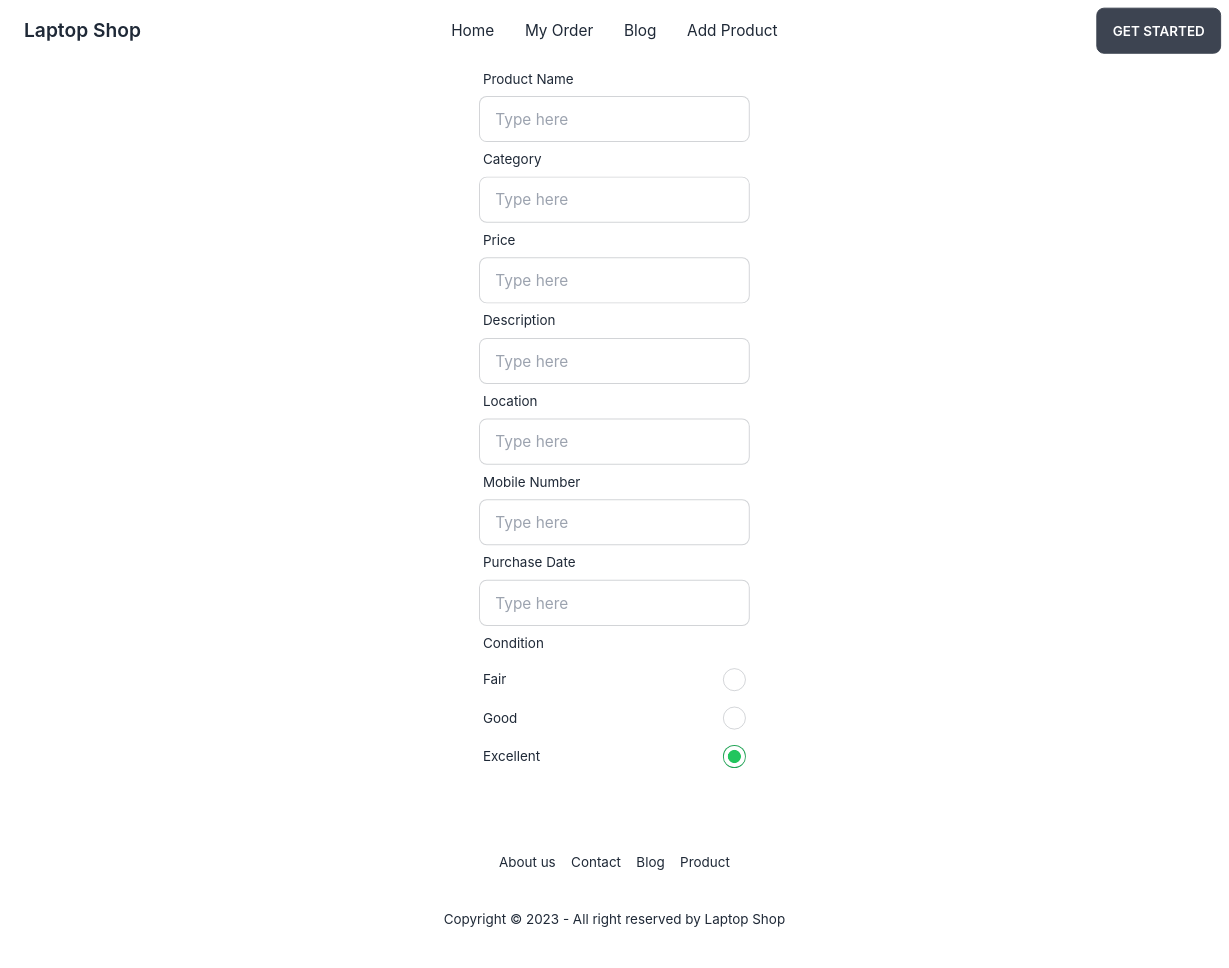
Repository: mdsajib50/E-commerce
Page: /add-product
The author's editor kept a copy of each file at every save. The page is drawn from the files as they stood at one save, then again after a run of saves.
The browser window is 1280 px wide. The pictures show the whole page, at 96% of full size.
The project was rebuilt for these pictures with package versions that can differ from the ones it lists, and the page was loaded fresh each time. Also part of the build but not shown: src/Pages/Home/Banner/Banner.js, src/Pages/Home/Product/ProductCard.js, src/Pages/Home/Product/Product.js, src/Pages/Home/Home/Home.js.

Above is the page before, as saved 2023-01-11 23:09:09.

### src/App.js
import logo from './logo.svg';
import './App.css';
import { RouterProvider } from 'react-router';
import router from './Routes/Router';

function App() {
  return (
    <div className="App">
        <RouterProvider router={router}></RouterProvider>
    </div>
  );
}

export default App;

### src/Routes/Router.js
import React from 'react';
import { createBrowserRouter } from 'react-router-dom';
import Main from '../Layout/Main/Main';
import AddProduct from '../Pages/AddProduct/AddProduct';
import Home from '../Pages/Home/Home/Home';

const router = createBrowserRouter([
    {
        path: '/',
        element: <Main></Main>,
        children:[
            {
                path:'/',
                element:<Home></Home>
            },
            {
                path:'/home',
                element:<Home></Home>
            },
            {
                path: '/add-product',
                element: <AddProduct></AddProduct>
            }
        ]
    }
])

export default router;

### src/Layout/Main/Main.js
import React from 'react';
import { Outlet } from 'react-router';
import Footer from '../../Pages/Shared/Footer/Footer';
import Header from '../../Pages/Shared/Header/Header';

const Main = () => {
    return (
        <div>
            <Header></Header>
            <Outlet></Outlet>
            <Footer></Footer>
        </div>
    );
};

export default Main;

### src/Pages/AddProduct/AddProduct.js
import React from 'react';

const AddProduct = () => {
    return (
        <div className=''>
           <div className='grid  mx-auto text-center justify-center'>
                <form>
                    <div>
                        <label className="label">
                            <span className="label-text">Product Name</span>
                        </label>
                        <input type="text" name='product_name' placeholder="Type here" className="input input-bordered" />
                    </div>
                    <div className="form-control">
                        <label className="label">
                            <span className="label-text">Category</span>
                        </label>
                        <input type="text" name='category' placeholder="Type here" className="input input-bordered" />
                    </div>
                    <div className="form-control">
                        <label className="label">
                            <span className="label-text">Price</span>
                        </label>
                        <input type="text" name='price' placeholder="Type here" className="input input-bordered" />
                    </div>
                    <div className="form-control">
                        <label className="label">
                            <span className="label-text">Description</span>
                        </label>
                        <input type="text" name='description' placeholder="Type here" className="input input-bordered" />
                    </div>
                    <div className="form-control">
                        <label className="label">
                            <span className="label-text">Location</span>
                        </label>
                        <input type="text" name='location' placeholder="Type here" className="input input-bordered" />
                    </div>
                    <div className="form-control">
                        <label className="label">
                            <span className="label-text">Mobile Number</span>
                        </label>
                        <input type="text" name='mobile' placeholder="Type here" className="input input-bordered" />
                    </div>
                    <div className="form-control">
                        <label className="label">
                            <span className="label-text">Purchase Date </span>
                        </label>
                        <input type="text" name='date' placeholder="Type here" className="input input-bordered" />
                    </div>
                    <div className="form-control rounded-xl">
                    <label className="label">
                            <span className="label-text">Condition </span>
                        </label>
                        <div className="form-control">
                            <label className="label cursor-pointer">
                                <span className="label-text">Fair</span>
                                <input type="radio" value='fair' name="condition" className="radio checked:bg-red-500" checked />
                            </label>
                            </div>
                            <div className="form-control">
                            <label className="label cursor-pointer">
                                <span className="label-text">Good</span>
                                <input type="radio" value='good' name="condition" className="radio checked:bg-blue-500" checked />
                            </label>
                        </div>
                            <div className="form-control">
                            <label className="label cursor-pointer">
                                <span className="label-text">Excellent</span>
                                <input type="radio" value='excellent' name="condition" className="radio checked:bg-green-500" checked />
                            </label>
                        </div>
                    </div>
                    </form>
           </div>
        </div>
    );
};

export default AddProduct;

### src/Pages/Shared/Footer/Footer.js
import React from 'react';

const Footer = () => {
    return (
        <footer className="footer footer-center p-10 text-base-content rounded mt-10">
            <div className="grid grid-flow-col gap-4">
                <a className="link link-hover">About us</a>
                <a className="link link-hover">Contact</a>
                <a className="link link-hover">Blog</a>
                <a className="link link-hover">Product</a>
            </div>
            <div>
                <p>Copyright © 2023 - All right reserved by Laptop Shop</p>
            </div>
</footer>
    );
};

export default Footer;

### src/Pages/Shared/Header/Header.js
import React from 'react';
import { Link } from 'react-router-dom';

const Header = () => {
    return (
        <div className="navbar bg-base-100">
        <div className="navbar-start">
            <div className="dropdown">
            <label tabIndex={0} className="btn btn-ghost lg:hidden">
                <svg xmlns="http://www.w3.org/2000/svg" className="h-5 w-5" fill="none" viewBox="0 0 24 24" stroke="currentColor"><path strokeLinecap="round" strokeLinejoin="round" strokeWidth="2" d="M4 6h16M4 12h8m-8 6h16" /></svg>
            </label>
            <ul tabIndex={0} className="menu menu-compact dropdown-content mt-3 p-2 shadow bg-base-100 rounded-box w-52">
                <li><Link to='/home'>Home</Link></li>
                <li><Link to='/myorder'>My Order</Link></li>
                <li><Link to='/blog'>Blog</Link></li>
                <li><Link to='/add-product'>Add A Product</Link></li>
            </ul>
            </div>
            <a className="btn btn-ghost normal-case text-xl">Laptop Shop</a>
        </div>
        <div className="navbar-center hidden lg:flex">
            <ul className="menu menu-horizontal px-1">
                <li><Link to='/home'>Home</Link></li>
                <li><Link to='/myorder'>My Order</Link></li>
                <li><Link to='/blog'>Blog</Link></li>
                <li><Link to='/add-product'>Add Product</Link></li>
            </ul>
        </div>
        <div className="navbar-end">
            <a className="btn">Get started</a>
        </div>
</div>
    );
};

export default Header;

Loaded but not shown: src/index.js (common file); src/index.css (common file); src/reportWebVitals.js (common file); src/App.css (common file); tailwind.config.js (common file)

After the next 2 saves:
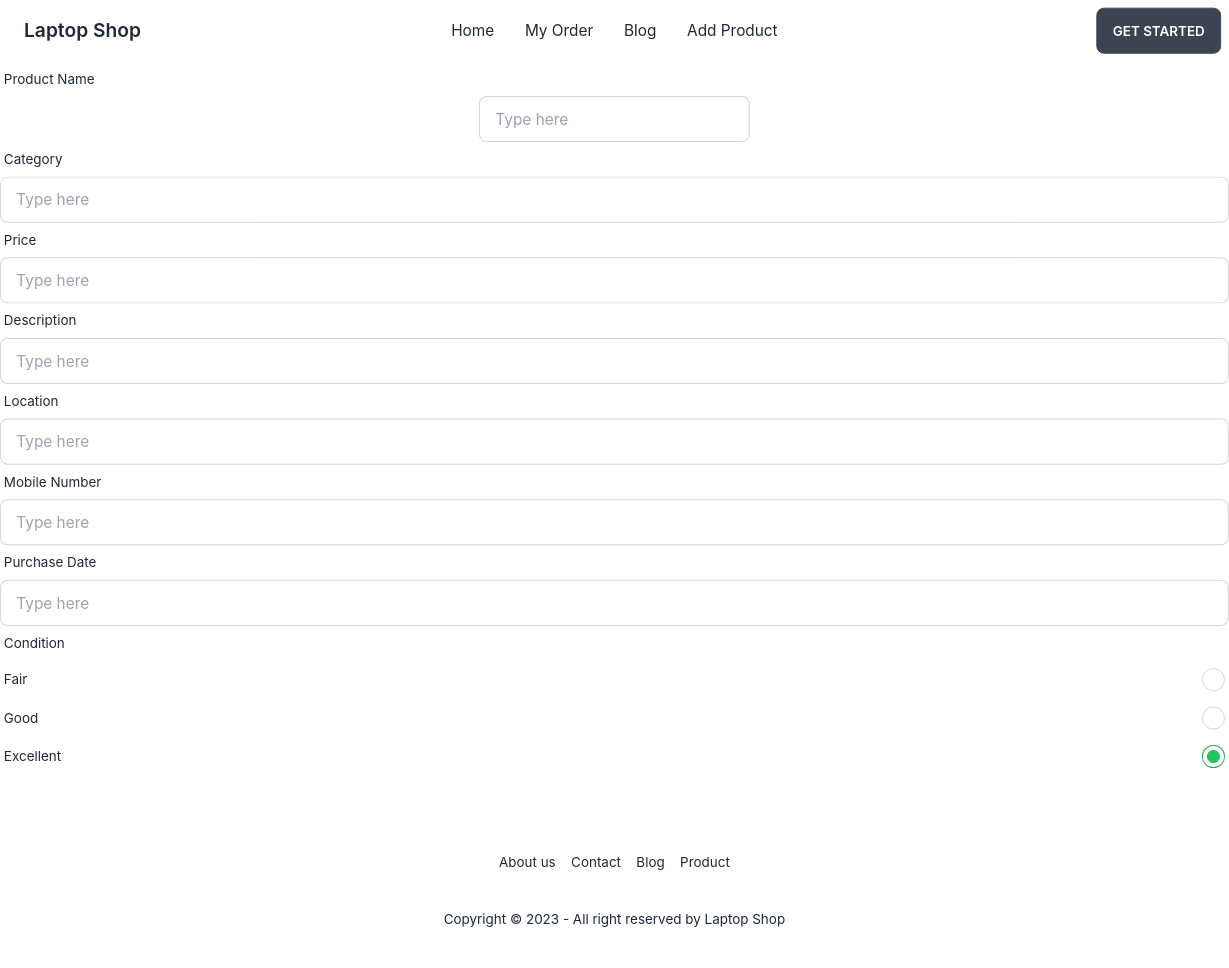
The 2 saves are shown as one change because they came seconds apart.
The last was saved 7 s later.
--- a/src/Pages/AddProduct/AddProduct.js
+++ b/src/Pages/AddProduct/AddProduct.js
@@ -3,7 +3,7 @@ import React from 'react';
 const AddProduct = () => {
     return (
         <div className=''>
-           <div className='grid  mx-auto text-center justify-center'>
+           <div className='grid grid-cols-1 mx-auto text-center justify-center'>
                 <form>
                     <div>
                         <label className="label">
